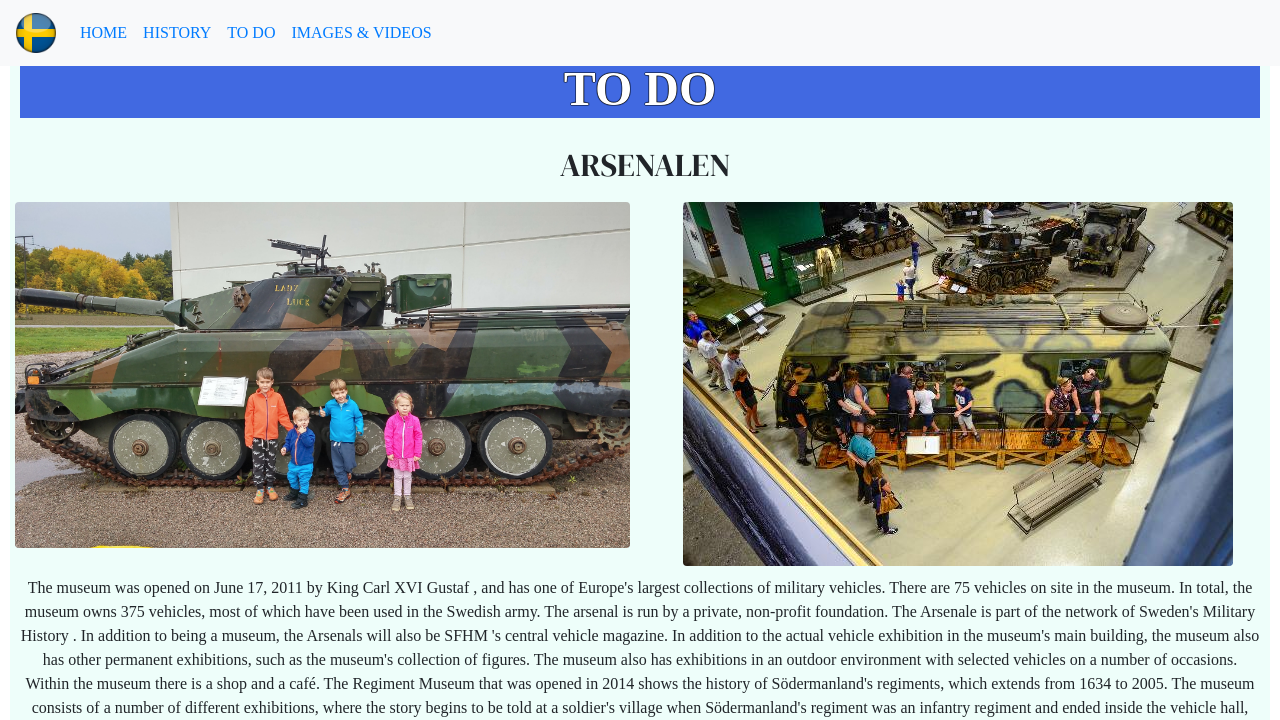
Repository: kososwede/first-project
Page: places.html
The author's editor kept a record of every edit. The page is drawn from the files as they stood at one moment, then again after the next edit.
The browser window is 1280 px wide. The pictures show the whole page.
An inner scrolling area shows only its first screen. Some web fonts or font styles are not loaded; a fallback is used.

Above is the page before.

After the next edit:
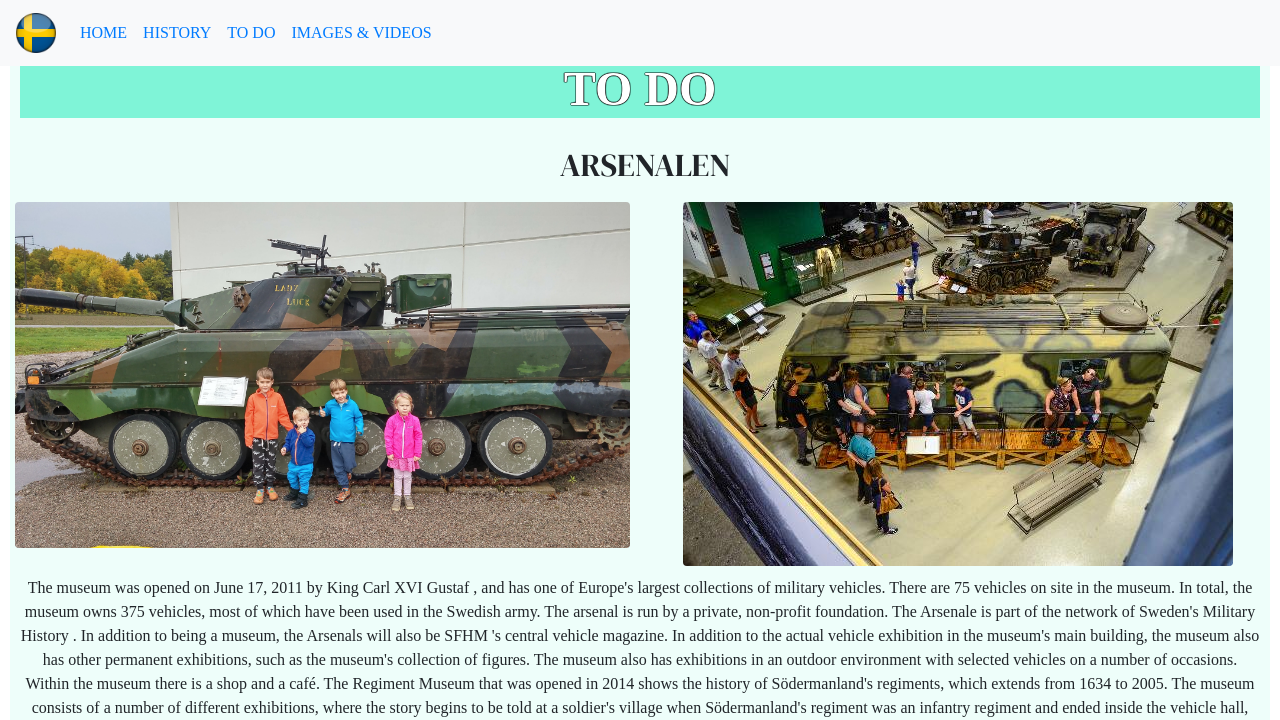
The edit:
--- a/assets/css/style.css
+++ b/assets/css/style.css
@@ -58,7 +58,7 @@
 
 .to-do {
     color: #fff;
-    background-color: royalblue;
+    background-color: #7FF4D7;
     text-align: center;
     margin-top: 50px;
 
